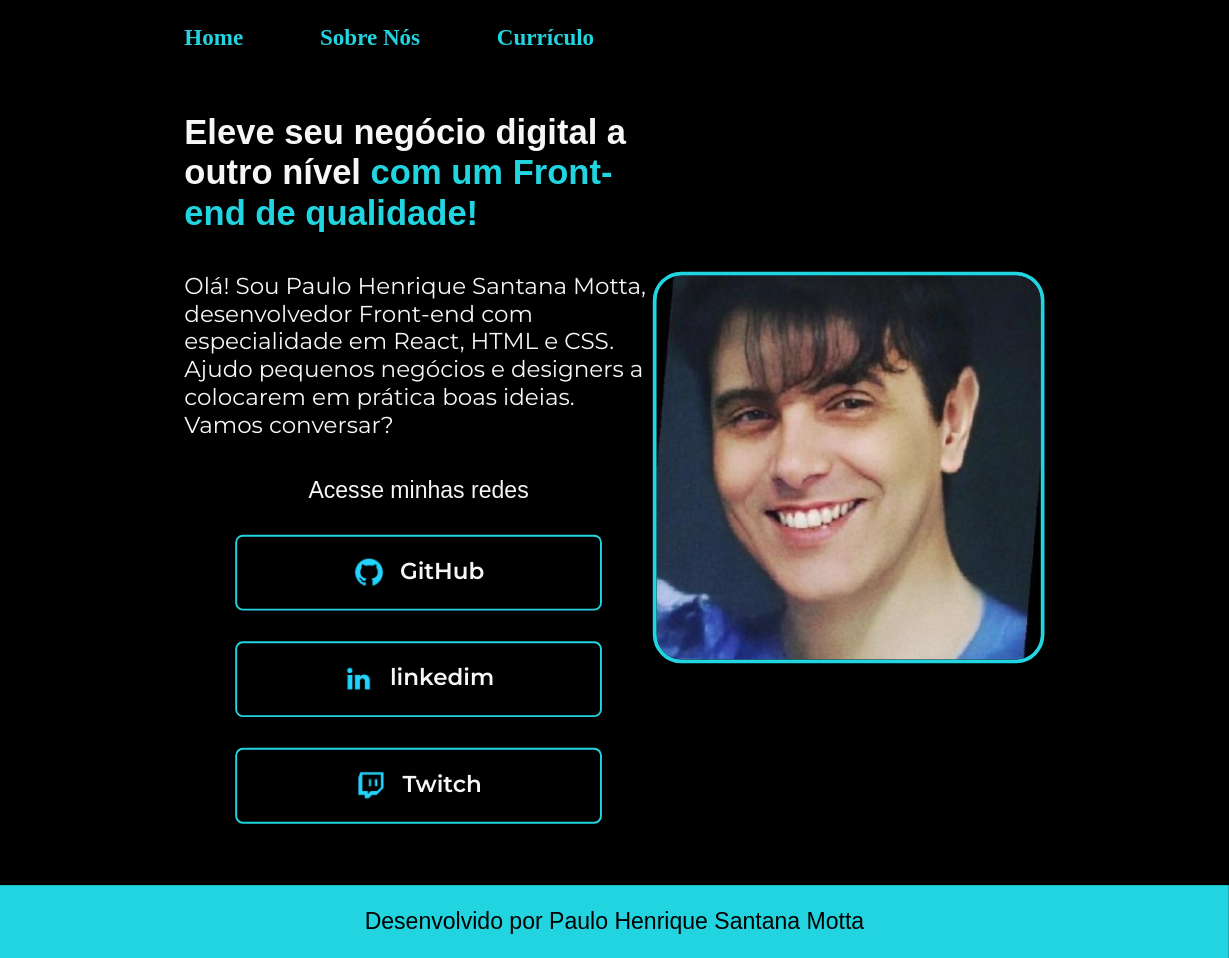
Repository: phsmottanerd/projeto-portfolio-alura
Page: index.html
An editor plug-in stored every save of this project. The page is shown before and after the next save, followed by the edit.
The browser window is 1280 px wide. The pictures show the whole page, at 96% of full size.
Some web fonts or font styles are not loaded; a fallback is used.

Above is the page before, as saved 2025-01-28 01:55:33.

### index.html
<!DOCTYPE html>
<html lang="pt-br">
  <head>
    <meta charset="UTF-8" />
    <meta http-equiv="X-UA-Compatible" content="IE=edge" />
    <meta name="viewport" content="width=device-width, initial-scale=1.0" />
    <title>Portifolio</title>
    <link rel="stylesheet" href="./estilos/style.css" />
  </head>

  <body>
    <header class="cabecalho">
      <nav class="cabecalho__menu">
        <a class="cabecalho__menu__link" href="index.html">Home</a>
        <a class="cabecalho__menu__link" href="about.html">Sobre Nós</a>
        <a class="cabecalho__menu__link">Currículo</a>
      </nav>
    </header>
    <main class="apresentacao">
      <section class="apresentacao__conteudo">
        <h1 class="apresentacao__conteudo__titulo">
          Eleve seu negócio digital a outro  nível
          <strong class="titulo-destaque"
            >com um Front-end de qualidade!
          </strong>
        </h1>
        <p class="apresentacao__conteudo__texto">
          Olá! Sou Paulo Henrique Santana Motta, desenvolvedor Front-end com especialidade em
          React, HTML e CSS. Ajudo pequenos negócios e designers a colocarem em
          prática boas ideias. Vamos conversar?
        </p>
        <div class="apresentacao__links">
          <h2 class="apresentacao__links__subtitulo">Acesse minhas redes</h2>
          <a
            class="apresentacao__links__link"
            href="https://github.com/phsmottanerd"
          >
            <img src="./img/github.png" />
            GitHub
          </a>
          <a
            class="apresentacao__links__link"
            href="https://linkedim.com/phsmottanerd"
          >
            <img src="./img/linkedin.png" />
            linkedim
          </a>
          <a class="apresentacao__links__link" href="https://.com/phsmottanerd">
            <img src="./img/twitch.png" />
            Twitch
          </a>
        </div>
      </section>
      <img class="img-foto" src="./img/1722867171561.jpg" alt="Paulo Henrique Santana Motta  programandor" />
    </main>
    <footer class="rodape">
      <p>Desenvolvido por Paulo Henrique Santana Motta</p>
    </footer>
  </body>
</html>

### estilos/style.css
@import url("https://fonts.googleapis.com/css2?family=Krona+One&family=Montserrat:wght@400;600&display=swap");

:root {
  --cor-primaria: #000000;
  --cor-secundaria: #f6f6f6;
  --cor-terciaria: #22d4df;
  --cor-hover: #272727;

  --font-principal: "Krona One", sans-serif;
   --font-secundaria:"Montserrat", sans-serif;


}

* {
  margin: 0;
  padding: 0;
}

body {
  box-sizing: border-box;
  background-color: var(--cor-primaria);
  color: var(--cor-secundaria);
}
.cabecalho {
  padding: 2% 0% 0% 15%;
}
.cabecalho__menu {
  display: flex;
  gap: 80px;
}

.cabecalho__menu__link {
  font-family: var(----font-secundaria);
  font-size: 24px;
  font-weight: 600;
  color: var(--cor-terciaria);
  text-decoration: none;
}

.titulo-destaque {
  color: var(--cor-terciaria);
}

.apresentacao {
  padding: 5% 15%;
  display: flex;
  align-items: center;
  justify-content: space-between;
}
.apresentacao__conteudo {
  width: 615px;
  display: flex;
  flex-direction: column;
  gap: 40px;
}

.apresentacao__conteudo__titulo {
  font-size: 36px;
  font-family: var(--font-principal)
}

.apresentacao__conteudo__texto {
  font-size: 24px;
  font-family: "Montserrat", sans-serif;
}

.apresentacao__links {
  display: flex;
  flex-direction: column;
  justify-content: space-between;
  align-items: center;
  gap: 32px;
}
.apresentacao__links__subtitulo {
  font-family: "Krona One", sans-serif;
  font-weight: 400;
  font-size: 24px;
}
.apresentacao__links__link {
  /* background-color: #22D4FD; */
  justify-content: center;
  gap: 16px;
  display: flex;
  border: 2px solid var(--cor-terciaria);
  width: 378px;
  text-align: center;
  border-radius: 8px;
  font-size: 24px;
  font-weight: 600;
  padding: 21.5px 0;
  text-decoration: none;
  color: #f6f6f6;
  font-family: "Montserrat", sans-serif;
}
.apresentacao__links__link:hover {
  background-color: var(--cor-hover);
}
.rodape {
  padding: 24px;
  color: #000;
  background-color: var(--cor-terciaria);
  text-align: center;
  font-family: "Montsearrat", sans-serif;
  font-size: 24px;
  font-weight: 400;
}
.img-foto {
  border-radius: 30px;
  border: 4px solid #22d4Df;
  width: 500px;
  heighit: 500px;
}

After the next save:
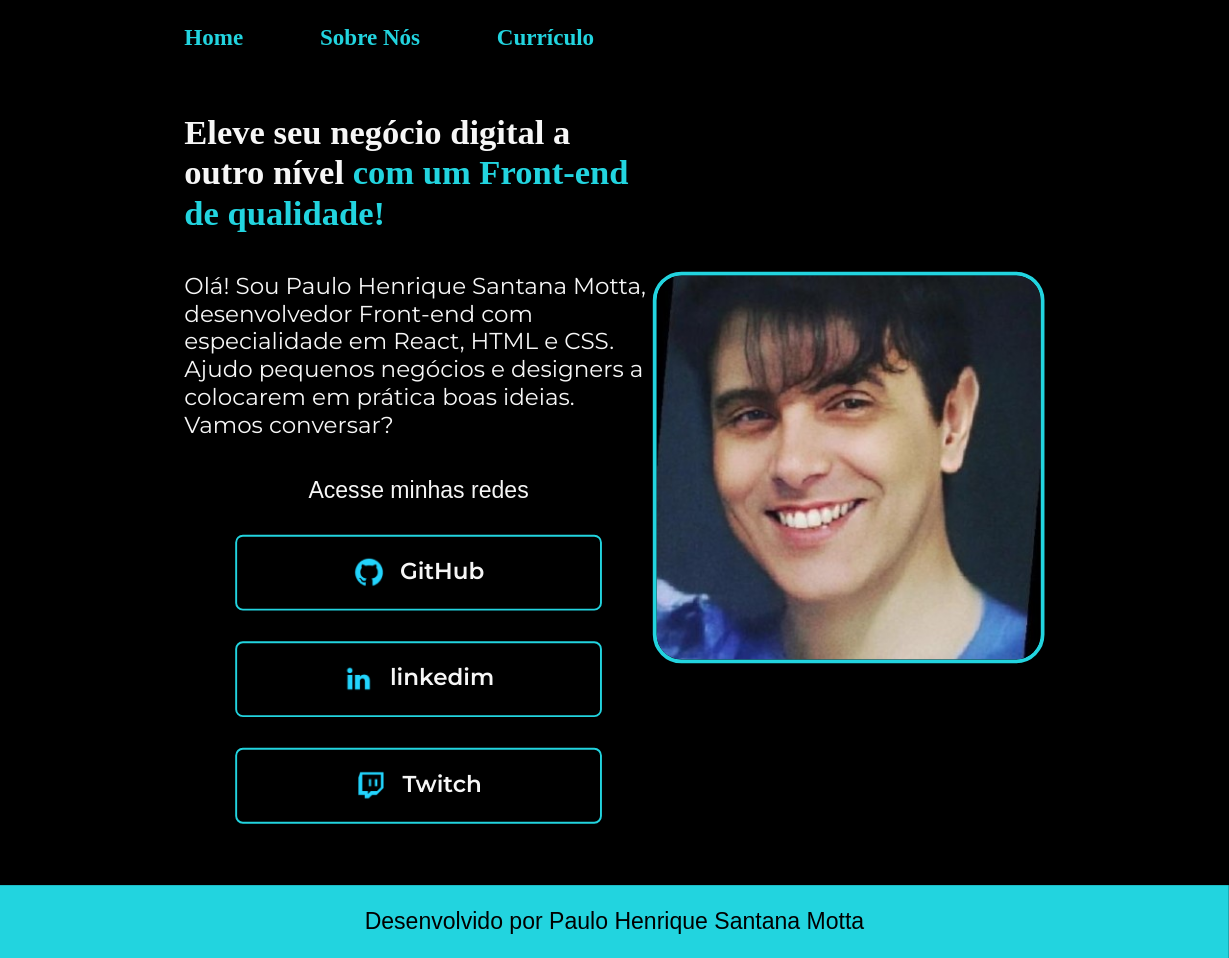
Saved 31 s later.
--- a/estilos/style.css
+++ b/estilos/style.css
@@ -6,7 +6,7 @@
   --cor-terciaria: #22d4df;
   --cor-hover: #272727;
 
-  --font-principal: "Krona One", sans-serif;
+  --font-primaria: "Krona One", sans-serif;
    --font-secundaria:"Montserrat", sans-serif;
 
 
@@ -57,7 +57,7 @@
 
 .apresentacao__conteudo__titulo {
   font-size: 36px;
-  font-family: var(--font-principal)
+  font-family: var(--font-principal);
 }
 
 .apresentacao__conteudo__texto {

After the save that followed:
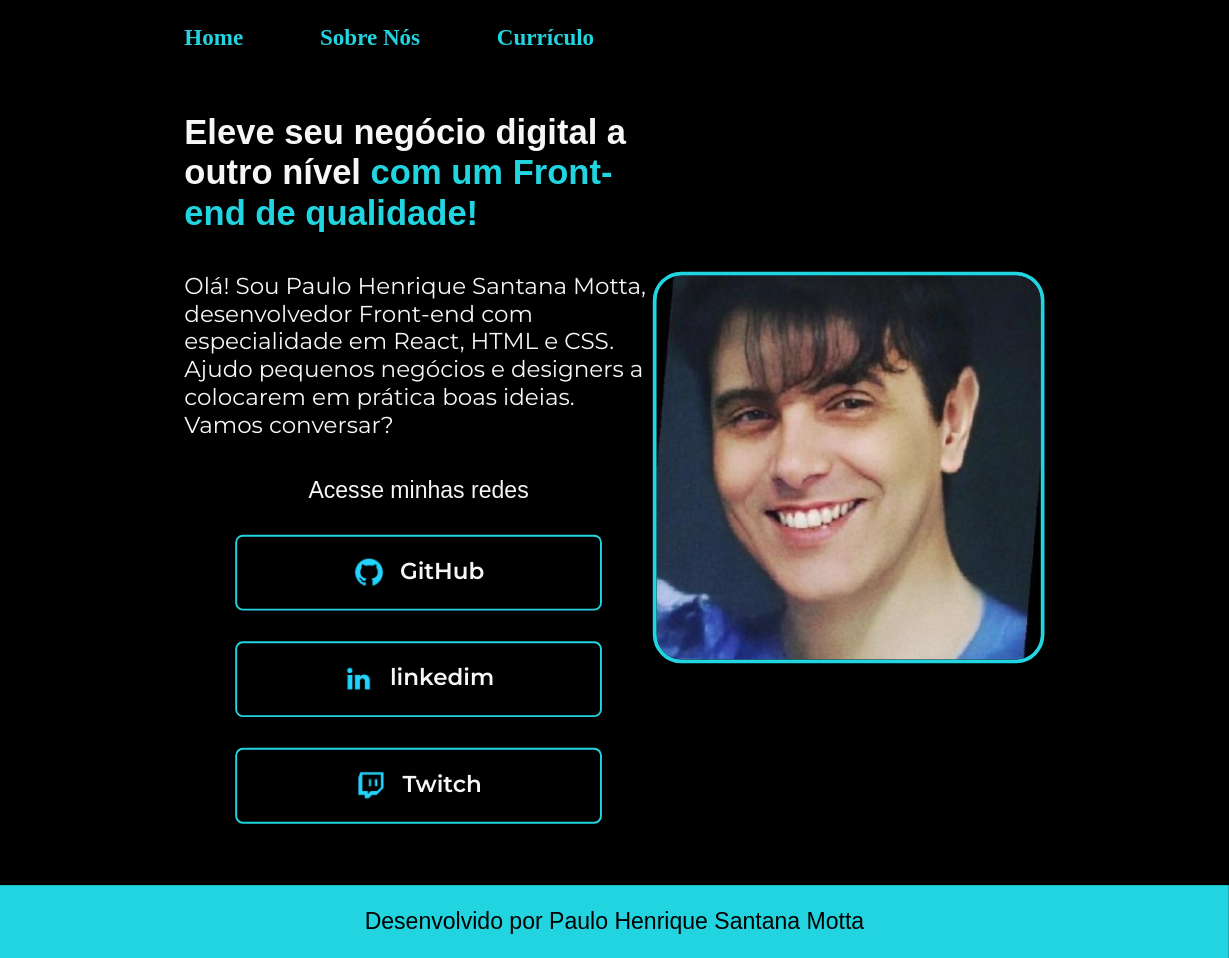
Saved 27 s later.
--- a/estilos/style.css
+++ b/estilos/style.css
@@ -57,7 +57,7 @@
 
 .apresentacao__conteudo__titulo {
   font-size: 36px;
-  font-family: var(--font-principal);
+  font-family: var(--font-primaria);
 }
 
 .apresentacao__conteudo__texto {
